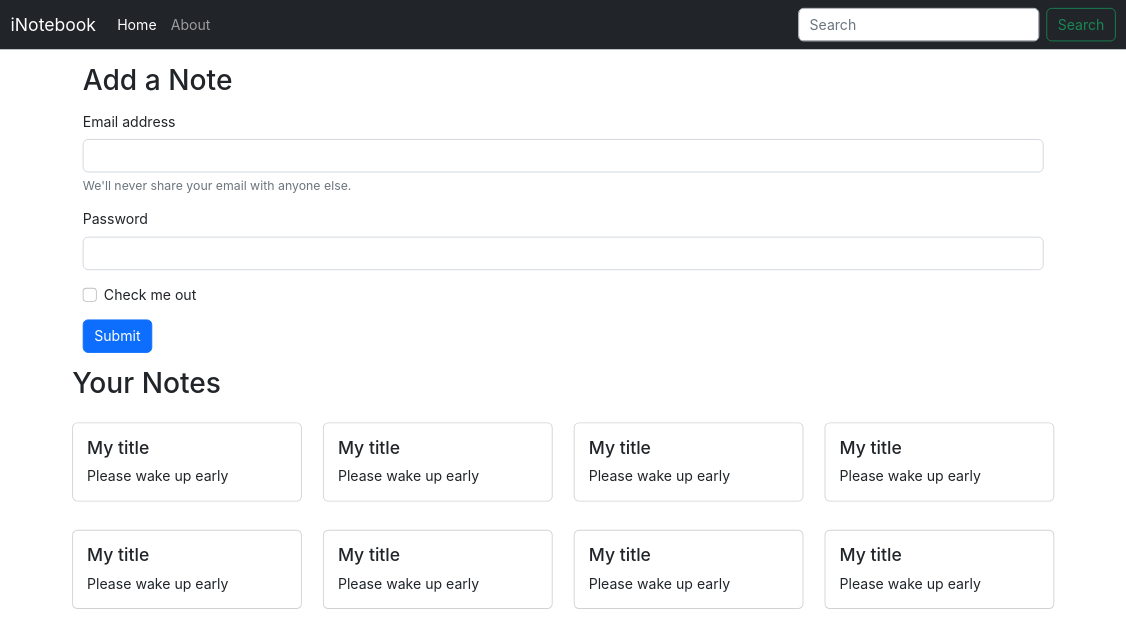
Repository: SatishPatil108/iNotebook-React
Page: /
The author's editor kept a copy of each file at every save. The page is drawn from the files as they stood at one save, then again after the next save.
The browser window is 1280 px wide. The pictures show the whole page, at 88% of full size.
The project was rebuilt for these pictures with package versions that can differ from the ones it lists, and the page was loaded fresh each time. Also part of the build but not shown: src/App.css, src/components/About.js.

Above is the page before, as saved 2022-07-24 18:16:18.

After the next save:
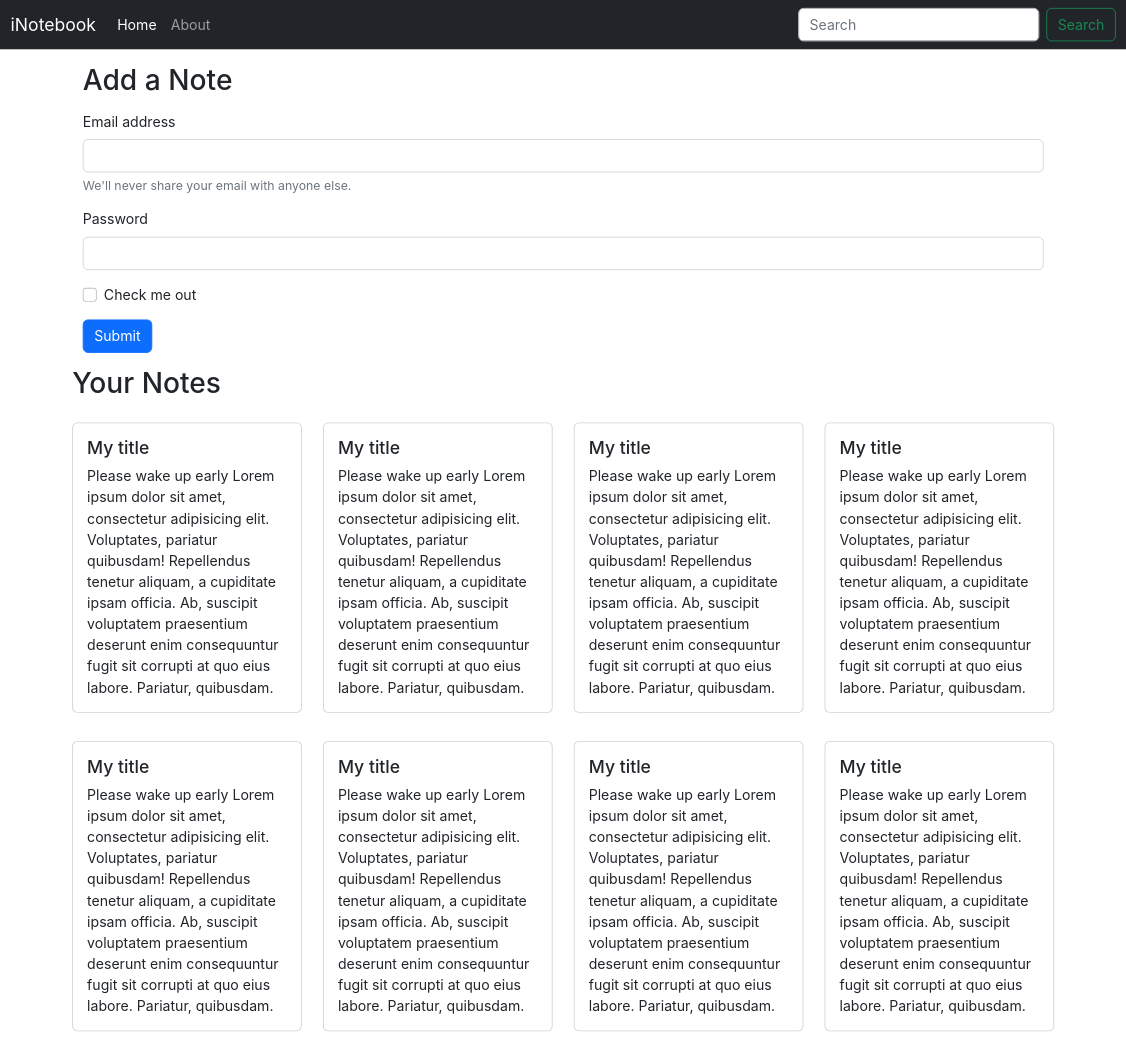
Saved 81 s later.
--- a/src/components/Noteitem.js
+++ b/src/components/Noteitem.js
@@ -7,7 +7,7 @@
             <div class="card my-3">
                 <div class="card-body">
                     <h5 class="card-title">{note.title}</h5>
-                    <p class="card-text">{note.description}</p>
+                    <p class="card-text">{note.description} Lorem ipsum dolor sit amet, consectetur adipisicing elit. Voluptates, pariatur quibusdam! Repellendus tenetur aliquam, a cupiditate ipsam officia. Ab, suscipit voluptatem praesentium deserunt enim consequuntur fugit sit corrupti at quo eius labore. Pariatur, quibusdam.</p>
                 </div>
             </div>
         </div>

After the save that followed:
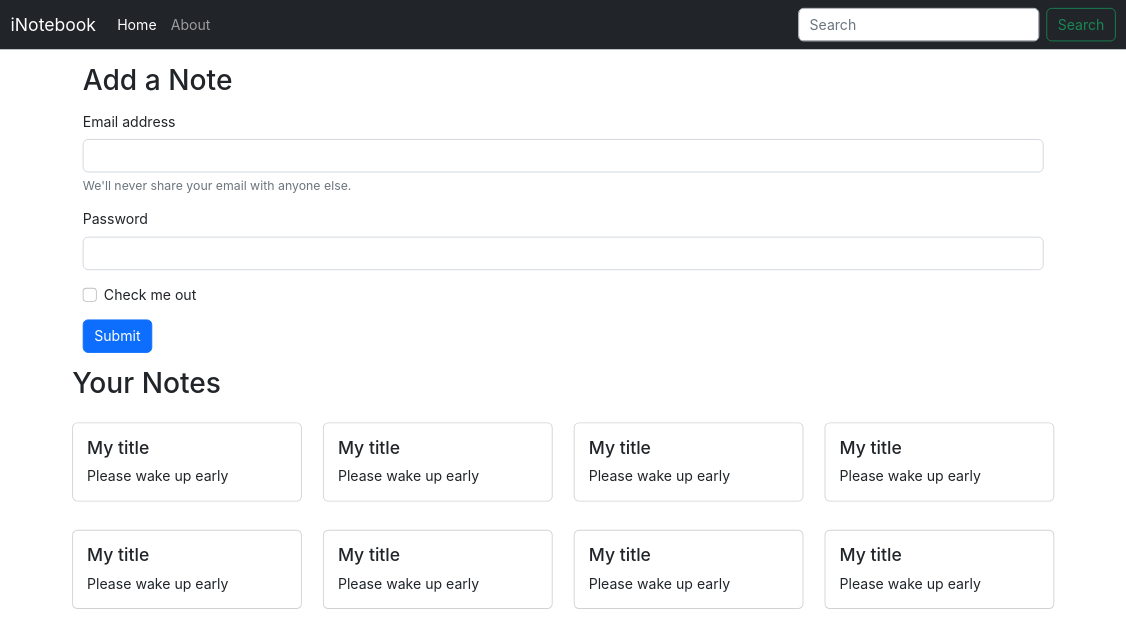
Saved 26 s later.
--- a/src/components/Noteitem.js
+++ b/src/components/Noteitem.js
@@ -7,7 +7,7 @@
             <div class="card my-3">
                 <div class="card-body">
                     <h5 class="card-title">{note.title}</h5>
-                    <p class="card-text">{note.description} Lorem ipsum dolor sit amet, consectetur adipisicing elit. Voluptates, pariatur quibusdam! Repellendus tenetur aliquam, a cupiditate ipsam officia. Ab, suscipit voluptatem praesentium deserunt enim consequuntur fugit sit corrupti at quo eius labore. Pariatur, quibusdam.</p>
+                    <p class="card-text">{note.description}</p>
                 </div>
             </div>
         </div>
